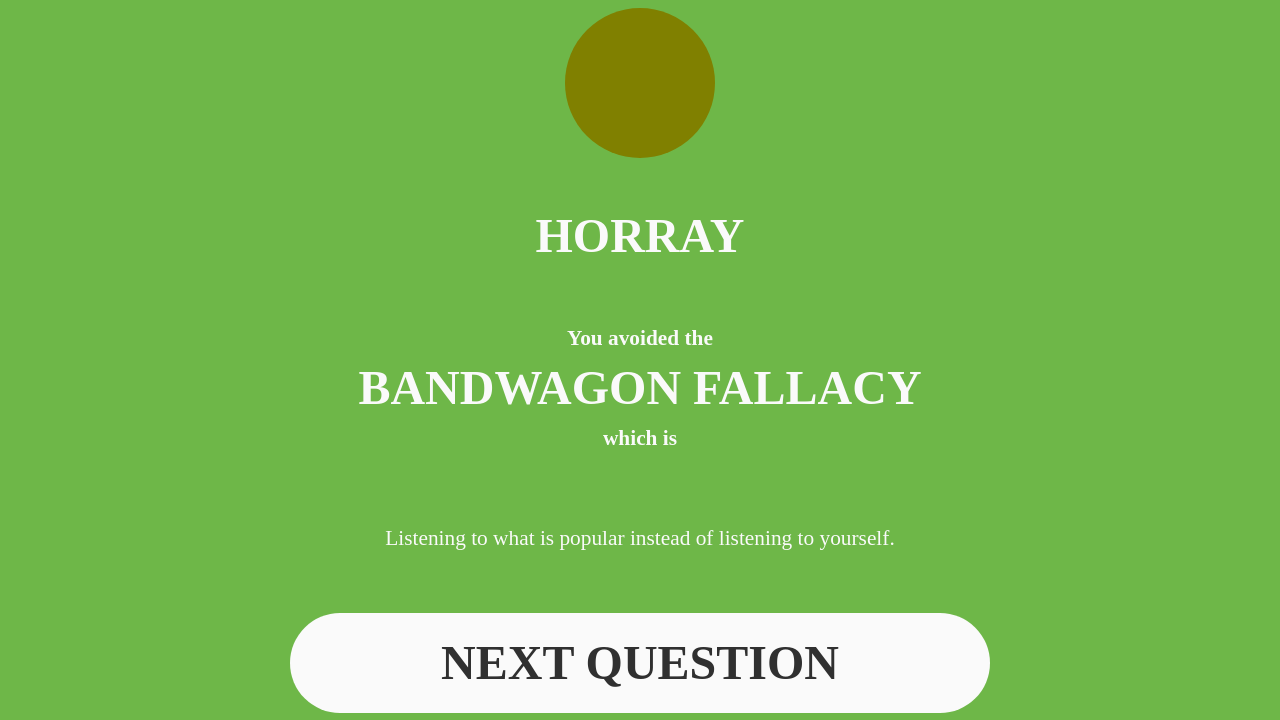
Repository: cindyvunguyen/fallacy
Page: index.html
An editor plug-in stored every save of this project. The page is shown before and after the next save, followed by the edit.
The browser window is 1280 px wide. The pictures show the whole page.
Some web fonts or font styles are not loaded; a fallback is used.

Above is the page before, as saved 2020-03-12 16:26:07.

After the next save:
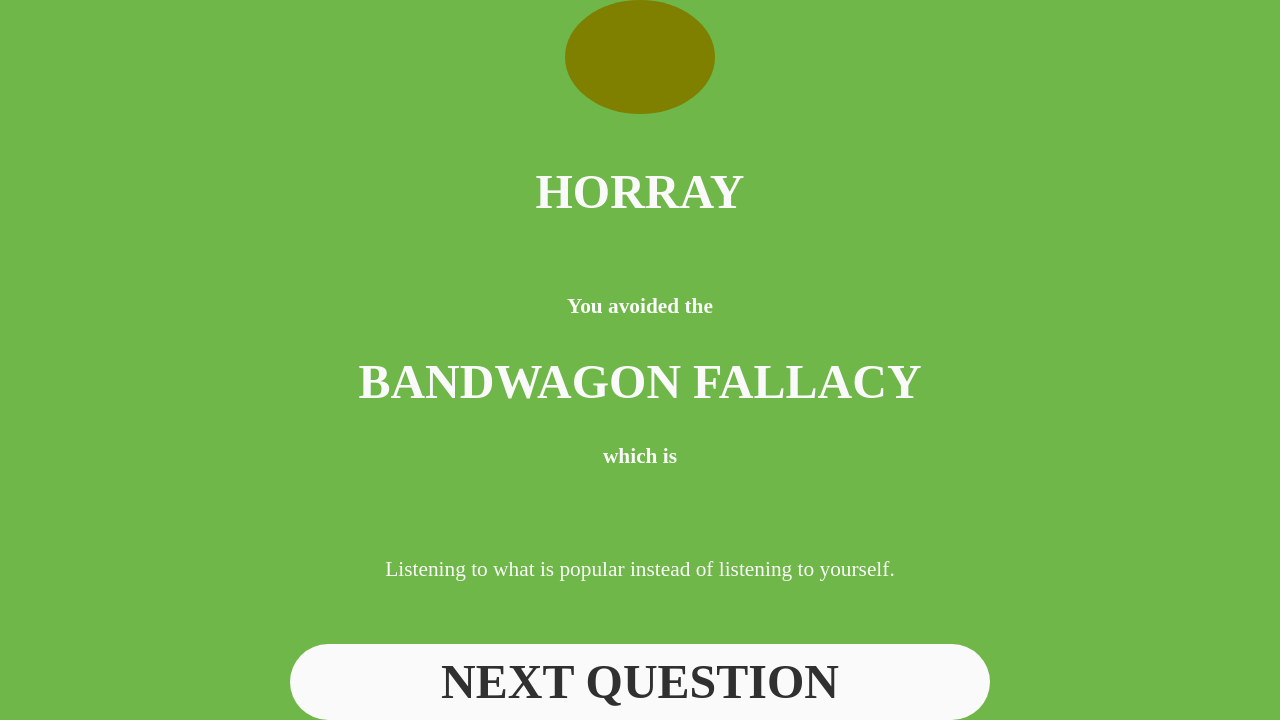
Saved 6 s later.
--- a/style.css
+++ b/style.css
@@ -117,7 +117,7 @@ body {
 }
 
 #cp-a-outcome {
-    line-height: 50px;
+    line-height: 75px;
     display: flex;
     flex-direction: column;
     align-items: center;
